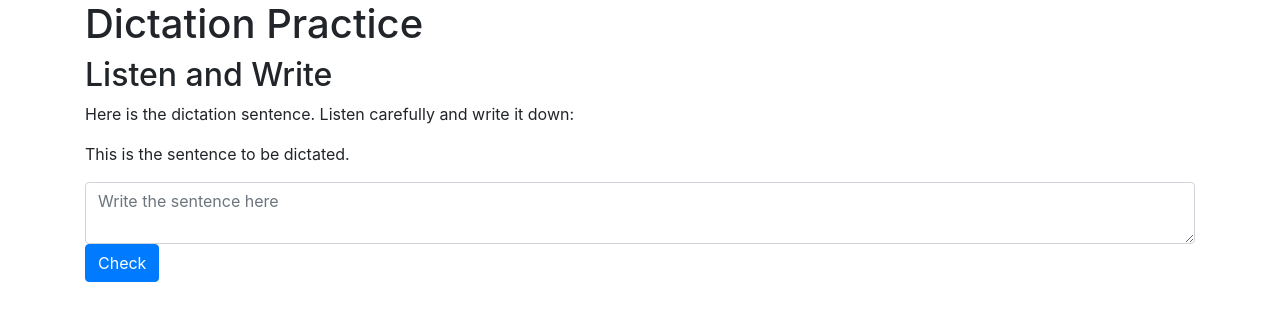
Repository: MBR3/MBR3.github.io
Page: shisutan-test-A2E.html
These files come from the project's save history. The page is drawn as it stood at one moment and after the next save; the edit follows.
The browser window is 1280 px wide. The pictures show the whole page.

Above is the page before, as saved 2023-07-08 14:23:25.

After the next save:
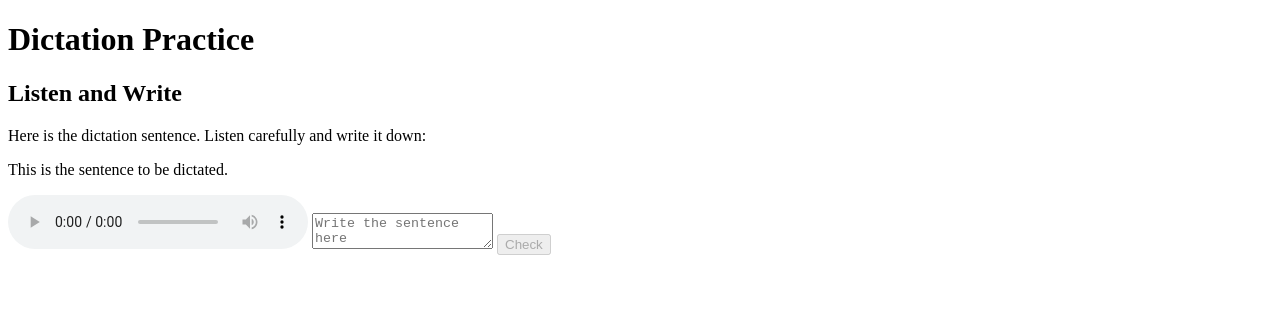
Saved 99 s later.
--- a/shisutan-test-A2E.html
+++ b/shisutan-test-A2E.html
@@ -1,14 +1,8 @@
 <!DOCTYPE html>
-<html lang="jp">
+<html lang="en">
 
 <head>
-  <meta charset="UTF-8">
-  <meta name="viewport" content="width=device-width, initial-scale=1.0">
-  <title>Dictation Practice</title>
-  <link rel="stylesheet" href="https://stackpath.bootstrapcdn.com/bootstrap/4.5.2/css/bootstrap.min.css">
-  <style>
-    /* 任意のカスタムスタイルを追加 */
-  </style>
+  <!-- headセクションのコード -->
 </head>
 
 <body>
@@ -18,6 +12,10 @@
       <h2>Listen and Write</h2>
       <p>Here is the dictation sentence. Listen carefully and write it down:</p>
       <p id="dictation-sentence">This is the sentence to be dictated.</p>
+      <audio id="audio-player" controls>
+        <source src="path_to_audio_file.mp3" type="audio/mpeg">
+        Your browser does not support the audio element.
+      </audio>
       <textarea id="user-input" class="form-control" placeholder="Write the sentence here"></textarea>
       <button id="check-button" class="btn btn-primary">Check</button>
       <div id="result"></div>
@@ -29,14 +27,17 @@
   <script>
     $(document).ready(function() {
       $('#check-button').on('click', function() {
-        var dictationSentence = $('#dictation-sentence').text().trim();
-        var userInput = $('#user-input').val().trim();
+        // チェック処理のコード
+      });
 
-        if (userInput === dictationSentence) {
-          $('#result').text('Correct! Good job!');
-        } else {
-          $('#result').text('Incorrect. Please try again.');
-        }
+      $('#audio-player').on('ended', function() {
+        $('#check-button').prop('disabled', false);
+      });
+
+      $('#check-button').prop('disabled', true);
+
+      $('#audio-player').on('play', function() {
+        $('#check-button').prop('disabled', true);
       });
     });
   </script>
